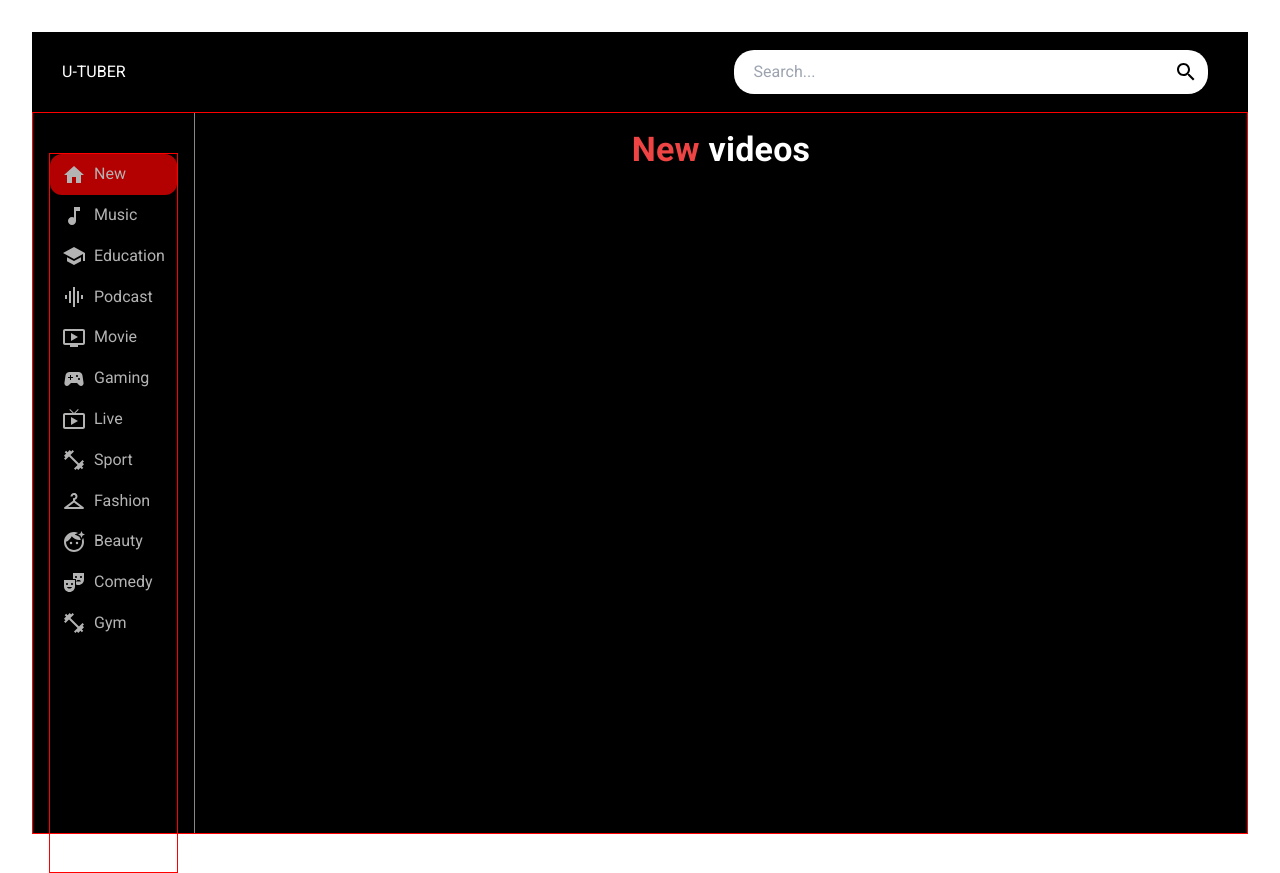
Repository: Nurlan-Bakenbaev/YoutubeClone
Page: /
These files come from the project's save history. The page is drawn as it stood at one moment and after the next save; the edit follows.
The browser window is 1280 px wide. The pictures show the whole page.
The page's requests for data from a server got no answer. The project was rebuilt for these pictures with package versions that can differ from the ones it lists, and the page was loaded fresh each time. No one was signed in, and anything a server would have sent is missing. Also part of the build but not shown: vite.config.js, src/components/VideoCard.jsx, src/components/ChannelCard.jsx, src/components/VideoDetails.jsx, src/components/SearchFeed.jsx, src/components/ChannelDetails.jsx.

Above is the page before, as saved 2023-09-08 15:45:42.

After the next save:
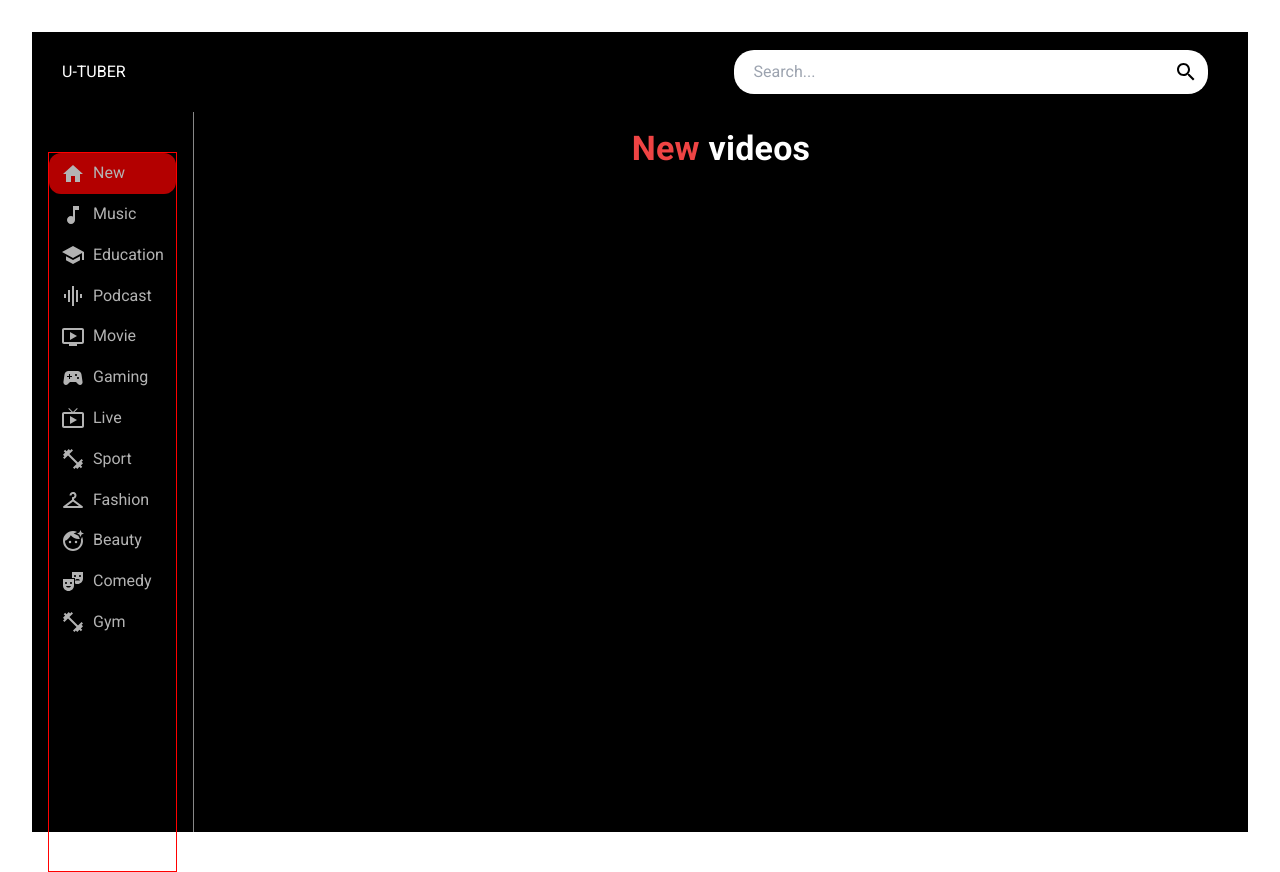
Saved 50 s later.
--- a/src/components/Feed.jsx
+++ b/src/components/Feed.jsx
@@ -16,7 +16,6 @@ const Feed = () => {
     <Stack
       sx={{
         flexDirection: { sx: "column", md: "row" },
-        border: "1px solid red",
         height: "100%",
       }}
     >
